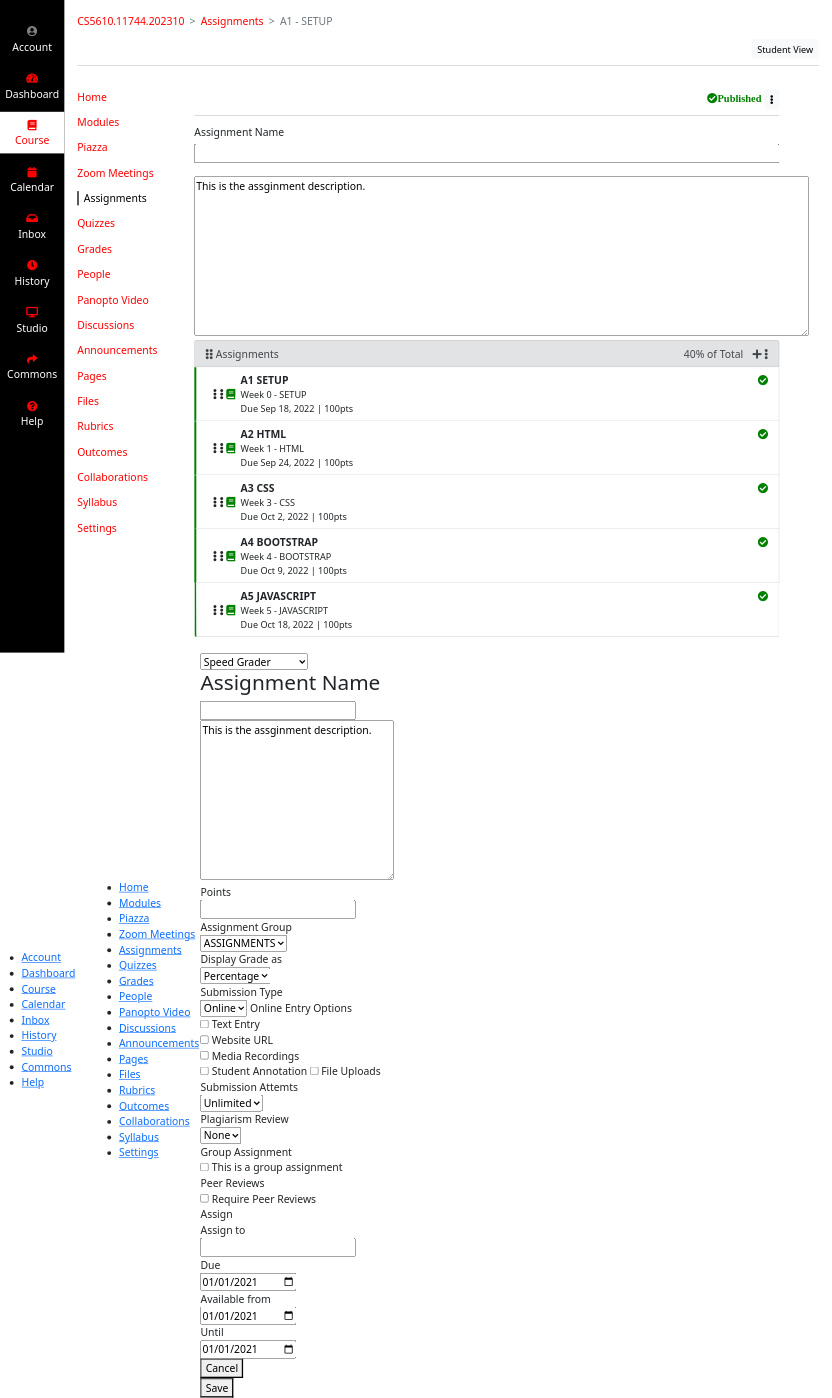
Repository: yuqiant/kanbas-react-web-app
Page: public/kanbas/assignment/edit.html
The author's editor kept a copy of each file at every save. The page is drawn from the files as they stood at one save, then again after the next save.
The browser window is 1280 px wide. The pictures show the whole page, at 65% of full size.

Above is the page before, as saved 2023-10-05 00:40:34.

### public/kanbas/assignment/edit.html
<!DOCTYPE html>
<html lang="en">

<head>

    <meta charset="UTF-8">
    <meta name="viewport" content="width=device-width, initial-scale=1.0">
    <title>Flexbox Layout</title>
    <link rel="stylesheet" href="../../vendors/fontawesome/css/all.min.css">
    <link rel="stylesheet" href="../../vendors/bootstrap/css/bootstrap.min.css" />
    <link href="index.css" rel="stylesheet" />

</head>

<body>
    <div class="flex-container">
        <div class="left-column">

            <ul>
                <li><i class="fa fa-user-circle fa-inverse" style="color: grey;"></i><a
                        href="../account/account.html">Account</a> </li>
                <li><i class="fas fa-tachometer-alt" style="color: red;"></i><a href="#">Dashboard</a></li>
                <li class="active"><i class="fas fa-book" style="color: red;"></i><a
                        href="../course/courseNavigation.html" style="color: red;">Course</a>
                </li>
                <li><i class="fas fa-calendar" style="color: red;""></i><a href=" #">Calendar</a></li>
                <li><i class="fas fa-inbox" style="color: red;"></i><a href="#">Inbox</a></li>
                <li><i class="fas fa-clock" style="color: red;"></i><a href="#">History</a></li>
                <li><i class="fas fa-desktop" style="color: red;"></i><a href="#">Studio</a></li>
                <li><i class="fas fa-share" style="color: red;"></i><a href="#">Commons</a></li>
                <li><i class="fas fa-question-circle" style="color: red;"></i><a href="#">Help</a></li>
            </ul>

        </div>
        <div class="right-column">

            <div class="right-top">
                <nav style="--bs-breadcrumb-divider: '>'; color: red;" aria-label="breadcrumb">
                    <ol class="breadcrumb">
                        <li class="breadcrumb-item"><a href="../dashboard/index.html"
                                style="color: red;">CS5610.11744.202310</a></li>
                        <li class="breadcrumb-item"><a href="index.html" style="color: red;">Assignments</a></li>
                        <li class="breadcrumb-item active" aria-current="page">A1 - SETUP</li>
                    </ol>
                </nav>


                <div class="float-sm-end"> <button class="btn btn-light btn-sm">Student View</button>
                </div><br />
                <hr />


            </div>
            <div class="right-bottom">


                <div class="right-bottom-item1">


                    <ul>
                        <li><a href="../home.html">Home</a></li>
                        <li><a href="#">Modules</a></li>
                        <li><a href="#">Piazza</a></li>
                        <li><a href="#">Zoom Meetings</a></li>
                        <li class="active"><a href="assignment/index.html" style="color: black;">Assignments</a></li>
                        <li><a href="#">Quizzes</a></li>
                        <li><a href="grades.html">Grades</a></li>
                        <li><a href="#">People</a></li>
                        <li><a href="#">Panopto Video</a></li>
                        <li><a href="#">Discussions</a></li>
                        <li><a href="#">Announcements</a></li>
                        <li><a href="#">Pages</a></li>
                        <li><a href="#">Files</a></li>
                        <li><a href="#">Rubrics</a></li>
                        <li><a href="#">Outcomes</a></li>
                        <li><a href="#">Collaborations</a></li>
                        <li><a href="#">Syllabus</a></li>
                        <li><a href="coursesetting.html">Settings</a></li>
                    </ul>
                </div>

                <div class="right-bottom-item2">


                    <div class="float-sm-end">
                        <i class="fas fa-check-circle" style="color: green;">Published</i>
                        <button class="btn btn-light btn-sm"><i class="fas fa-ellipsis-v"></i></button>

                    </div><br>
                    <hr />
                    <h6>Assignment Name</h6>

                    <input id="text-fields-assginment" style="width: 900px; margin-bottom: 20px;" /><br />
                    <form id="textarea">
                        <textarea cols="100" rows="10">This is the assginment description.</textarea>
                    </form>






                    <!-- Module 1 -->
                    <div class="list-group mb-4">
                        <a href="edit.html" class="list-group-item list-group-item-secondary"><i
                                class="fas fa-ellipsis-v"></i><i class="fas fa-ellipsis-v"></i>
                            Assignments
                            <div class="float-sm-end">
                                <span class="percentage">40% of Total</span>
                                <span class="icon"><i class="fa fa-plus" aria-hidden="true"></i></span>
                                <span class="icon"><i class="fa fa-ellipsis-v" aria-hidden="true"></i></span>
                            </div>


                        </a>

                        <a href="edit.html" class="list-group-item d-flex justify-content-between align-items-start">

                            <div class="d-flex align-items-center">
                                <div>
                                    <i class="fas fa-ellipsis-v"></i>
                                    <i class="fas fa-ellipsis-v"></i>
                                    <i class="fas fa-book" style="color: green;"></i>

                                </div>
                                <div class="ms-2">
                                    <div class="fw-bold">A1 SETUP</div>
                                    <div style="font-size: 14px;">Week 0 - SETUP<br />Due Sep 18, 2022 | 100pts</div>
                                </div>
                            </div>
                            <div class="float-sm-end"><i class="fas fa-check-circle" style="color: green;"></i></div>



                            </li>

                            <a href="edit.html"
                                class="list-group-item d-flex justify-content-between align-items-start">

                                <div class="d-flex align-items-center">
                                    <div>
                                        <i class="fas fa-ellipsis-v"></i>
                                        <i class="fas fa-ellipsis-v"></i>
                                        <i class="fas fa-book" style="color: green;"></i>

                                    </div>
                                    <div class="ms-2">
                                        <div class="fw-bold">A2 HTML</div>
                                        <div style="font-size: 14px;">Week 1 - HTML<br />Due Sep 24, 2022 | 100pts</div>
                                    </div>


                                </div>
                                <div class="float-sm-end"><i class="fas fa-check-circle" style="color: green;"></i>
                                </div>


                            </a>
                            <a href="edit.html"
                                class="list-group-item d-flex justify-content-between align-items-start">

                                <div class="d-flex align-items-center">
                                    <div>
                                        <i class="fas fa-ellipsis-v"></i>
                                        <i class="fas fa-ellipsis-v"></i>
                                        <i class="fas fa-book" style="color: green;"></i>

                                    </div>
                                    <div class="ms-2">
                                        <div class="fw-bold">A3 CSS</div>
                                        <div style="font-size: 14px;">Week 3 - CSS<br />Due Oct 2, 2022 | 100pts</div>
                                    </div>

                                </div>
                                <div class="float-sm-end"><i class="fas fa-check-circle" style="color: green;"></i>
                                </div>

                            </a>
                            <a href="edit.html"
                                class="list-group-item d-flex justify-content-between align-items-start">

                                <div class="d-flex align-items-center">
                                    <div>
                                        <i class="fas fa-ellipsis-v"></i>
                                        <i class="fas fa-ellipsis-v"></i>
                                        <i class="fas fa-book" style="color: green;"></i>

                                    </div>
                                    <div class="ms-2">
                                        <div class="fw-bold">A4 BOOTSTRAP</div>
                                        <div style="font-size: 14px;">Week 4 - BOOTSTRAP<br />Due Oct 9, 2022 | 100pts
                                        </div>
                                    </div>
                                </div>
                                <div class="float-sm-end"><i class="fas fa-check-circle" style="color: green;"></i>
                                </div>

                            </a>
                            <a href="edit.html"
                                class="list-group-item d-flex justify-content-between align-items-start">

                                <div class="d-flex align-items-center">
                                    <div>
                                        <i class="fas fa-ellipsis-v"></i>
                                        <i class="fas fa-ellipsis-v"></i>
                                        <i class="fas fa-book" style="color: green;"></i>

                                    </div>
                                    <div class="ms-2">
                                        <div class="fw-bold">A5 JAVASCRIPT</div>
                                        <div style="font-size: 14px;">Week 5 - JAVASCRIPT<br />Due Oct 18, 2022 | 100pts
                                        </div>
                                    </div>
                                </div>
                                <div class="float-sm-end"><i class="fas fa-check-circle" style="color: green;"></i>
                                </div>


                            </a>
                    </div>
                </div>
            </div>

        </div>
    </div>
    </div>
</body>


<body>
    <table>
        <tr>
            <td id="firstColumn" style="width: 150px;">
                <ul>
                    <li><a href="index.html">Account</a></li>
                    <li><a href="#">Dashboard</a></li>
                    <li><a href="../coursecol.html">Course</a></li>
                    <li><a href="#">Calendar</a></li>
                    <li><a href="#">Inbox</a></li>
                    <li><a href="#">History</a></li>
                    <li><a href="#">Studio</a></li>
                    <li><a href="#">Commons</a></li>
                    <li><a href="#">Help</a></li>
                </ul>
            </td>
            <td id="secondColumn" style="width: 150px;">
                <ul>
                    <li><a href="../home.html">Home</a></li>
                    <li><a href="#">Modules</a></li>
                    <li><a href="#">Piazza</a></li>
                    <li><a href="#">Zoom Meetings</a></li>
                    <li><a href="index.html">Assignments</a></li>
                    <li><a href="#">Quizzes</a></li>
                    <li><a href="../grades.html">Grades</a></li>
                    <li><a href="#">People</a></li>
                    <li><a href="#">Panopto Video</a></li>
                    <li><a href="#">Discussions</a></li>
                    <li><a href="#">Announcements</a></li>
                    <li><a href="#">Pages</a></li>
                    <li><a href="#">Files</a></li>
                    <li><a href="#">Rubrics</a></li>
                    <li><a href="#">Outcomes</a></li>
                    <li><a href="#">Collaborations</a></li>
                    <li><a href="#">Syllabus</a></li>
                    <li><a href="../coursesetting.html">Settings</a></li>
                </ul>
            </td>
            <td id="thirdColumn" style="width: 250px;">
                <form id="text-fields">

                    <select id="select-one">
                        <option value="ALL">Speed Grader</option>
                        <option value="ALL">Edit</option>
                        <option value="ALL">Duplicate</option>
                        <option value="ALL">Delete</option>
                        <option value="ALL">Move To...</option>
                        <option value="ALL">Send To...</option>
                        <option value="ALL">Copy To...</option>
                        <option value="ALL">Share to Commons</option>
                    </select>
                </form>

                <h2>Assignment Name</h2>

                <input id="text-fields-assginment" /><br />
                <form id="textarea">

                    <textarea cols="30" rows="10">This is the assginment description.</textarea>
                </form>

                <div>Points</div>
                <form id="text-fields">
                    <input id="text-fields-assginment" /><br />
                </form>

                <div>Assignment Group</div>
                <select id="select-one">
                    <option value="ALL">ASSIGNMENTS</option>
                </select>

                <div>Display Grade as</div>
                <select id="select-one">
                    <option value="ALL">Percentage</option>
                </select>

                <div>Submission Type</div>
                <select id="select-one">
                    <option value="ALL">Online</option>
                </select>

                <label>Online Entry Options</label>
                <br />
                <input type="checkbox" value="TEXTENTRY" name="check-genre" id="chkbox-textentry" />
                <label for="chkbox-textentry">Text Entry</label> <br />
                <input type="checkbox" value="WEBSITEURL" name="check-genre" id="chkbox-websiteurl" />
                <label for="chkbox-websiteurl">Website URL</label> <br />
                <input type="checkbox" value="MEDIARECORDINGS" name="check-genre" id="chkbox-mediarecordings" />
                <label for="chkbox-mediarecordings">Media Recordings</label> <br />
                <input type="checkbox" value="STUDENTANNOTATION" name="check-genre" id="chkbox-studentannotation" />
                <label for="chkbox-studentannotation">Student Annotation</label>
                <input type="checkbox" value="FILEUPLOADS" name="check-genre" id="chkbox-fileuploads" />
                <label for="chkbox-fileuploads">File Uploads</label>

                <div>Submission Attemts</div>
                <select id="select-one">
                    <option value="ALL">Unlimited</option>
                </select>

                <div>Plagiarism Review</div>
                <select id="select-one">
                    <option value="ALL">None</option>
                </select>

                <div>Group Assignment
                    <br />
                    <input type="checkbox" value="GROUPASSIGNMENT" name="check-genre" id="chkbox-groupassignment" />
                    <label for="chkbox-groupassignment">This is a group assignment</label> <br />
                </div>

                <div>Peer Reviews
                    <br />
                    <input type="checkbox" value="PEERREVIEWS" name="check-genre" id="chkbox-peerrivews" />
                    <label for="chkbox-peerrivews">Require Peer Reviews</label> <br />
                </div>

                <div>Assign</div>
                <div>Assign to</div>
                <form id="text-fields">
                    <input id="text-fields-assginment" /><br />
                </form>

                <div>Due</div>
                <input type="date" id="text-fields-dob" value="2021-01-01" /><br />

                <div>Available from</div>
                <input type="date" id="text-fields-dob" value="2021-01-01" /><br />

                <div>Until</div>
                <input type="date" id="text-fields-dob" value="2021-01-01" /><br />


                <form action="assignment.html" method="get">
                    <button type="cancel">Cancel</button>
                </form>

                <form action="assignment.html" method="get">
                    <button type="save">Save</button>
                </form>




            </td>

        </tr>
    </table>

</body>

</html>

### public/kanbas/assignment/index.css
.flex-container {
    display: flex;
    height: 100%;
}

/* 左边列 */
.left-column {
    /* flex: 1; */
    /* 占据可用空间的一部分 */
    /* padding: 20px; */
    width: 0 0 80px;
    /* Adjust sidebar width as needed (between 75 and 85 pixels) */
    background-color: black;
    color: white;
    text-align: center;
    padding-top: 20px;
}

.left-column ul {
    list-style-type: none;
    padding: 0;
}

.left-column li {
    margin: 8px 0;
    /* Adjust margin between links as needed (between 5 and 10 pixels) */
    padding: 8px;
    /* Adjust padding around links as needed (between 5 and 10 pixels) */
}

.left-column li.active {
    color: red;
    background-color: white;


}



.left-column a {
    color: white;
    text-decoration: none;
    display: block;
}

.right-column {

    flex: 2;
    /* 占据可用空间的两部分 */
    display: flex;
    flex-direction: column;
    /* 垂直方向排列 */
}

/* 右上部分 */
.right-top {
    padding: 20px;
}

/* 右下部分分为三竖着的部分 */
.right-bottom {
    display: flex;
    flex-direction: row;
    /* 垂直方向排列 */
    flex: 1;
    /* 均分可用空间 */
}

/* 每个竖着的部分 */
.right-bottom-item {
    flex: 1;
    /* 均分可用空间 */
    padding: 10px;
}

.right-bottom-item1 {
    width: 200px;

    /* padding: 10px; */
    border-left: 25px
}

.right-bottom-item1 a {
    color: red;
    text-decoration: none;

}


.right-bottom-item1 ul {
    list-style: none;
    padding: 0;
}

.right-bottom-item1 li {
    margin-bottom: 15px;
    padding-left: 20px;
}

.right-bottom-item1 li.active a {
    color: black;
    padding-left: 8px;

    /* padding-right: 10px; */

    border-left: 2px solid black;
}


.right-bottom-item2 {
    width: 900px;

    /* padding: 10px; */
    border-left: 25px;
    /* flex-direction: column; */
}

.custom-indent {
    padding-left: 40px;
    /* 调整适当的缩进大小 */
}

.right-bottom-item3 {
    width: 200px;

    padding-left: 25px;
    /* padding: 10px; */
    /* border-left: 25px; */
    /* flex-direction: column; */
}

.smaller-text {
    font-size: 14px;
}

.percentage {
    display: inline-block;
    margin-right: 10px;
    /* 添加间距 */
}

.icon {
    display: inline-block;
}

.align-items-center {
    padding-left: 10px;
}

.align-items-start {
    border-left: 3px solid green;

}

.breadcrumb-item a {
    text-decoration: none;
}

Loaded but not shown: public/vendors/fontawesome/css/all.min.css (library); public/vendors/bootstrap/css/bootstrap.min.css (library)

After the next save:
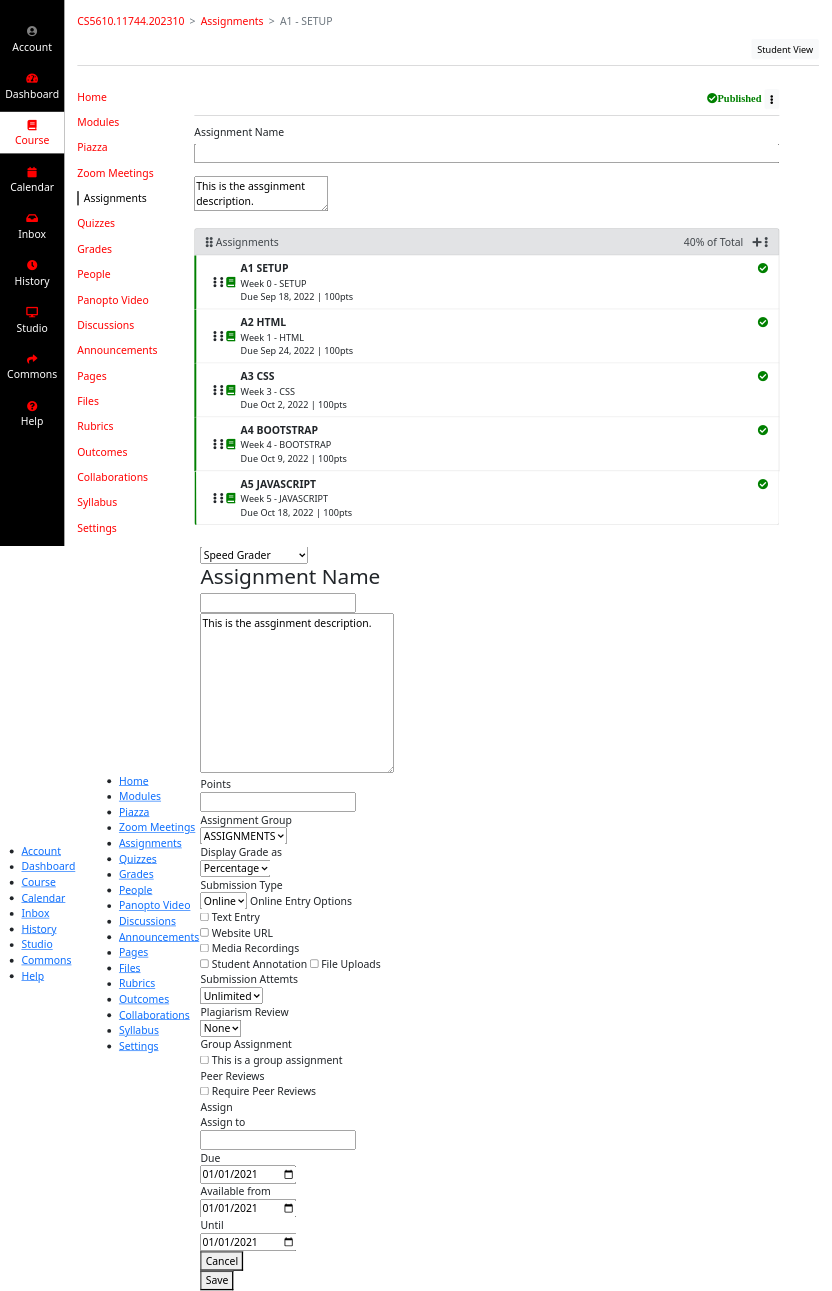
Saved 29 s later.
--- a/public/kanbas/assignment/edit.html
+++ b/public/kanbas/assignment/edit.html
@@ -91,8 +91,8 @@
                     <h6>Assignment Name</h6>
 
                     <input id="text-fields-assginment" style="width: 900px; margin-bottom: 20px;" /><br />
-                    <form id="textarea">
-                        <textarea cols="100" rows="10">This is the assginment description.</textarea>
+                    <form id="textarea" style="width: 900px; margin-bottom: 20px;">
+                        <textarea>This is the assginment description.</textarea>
                     </form>
 
 
